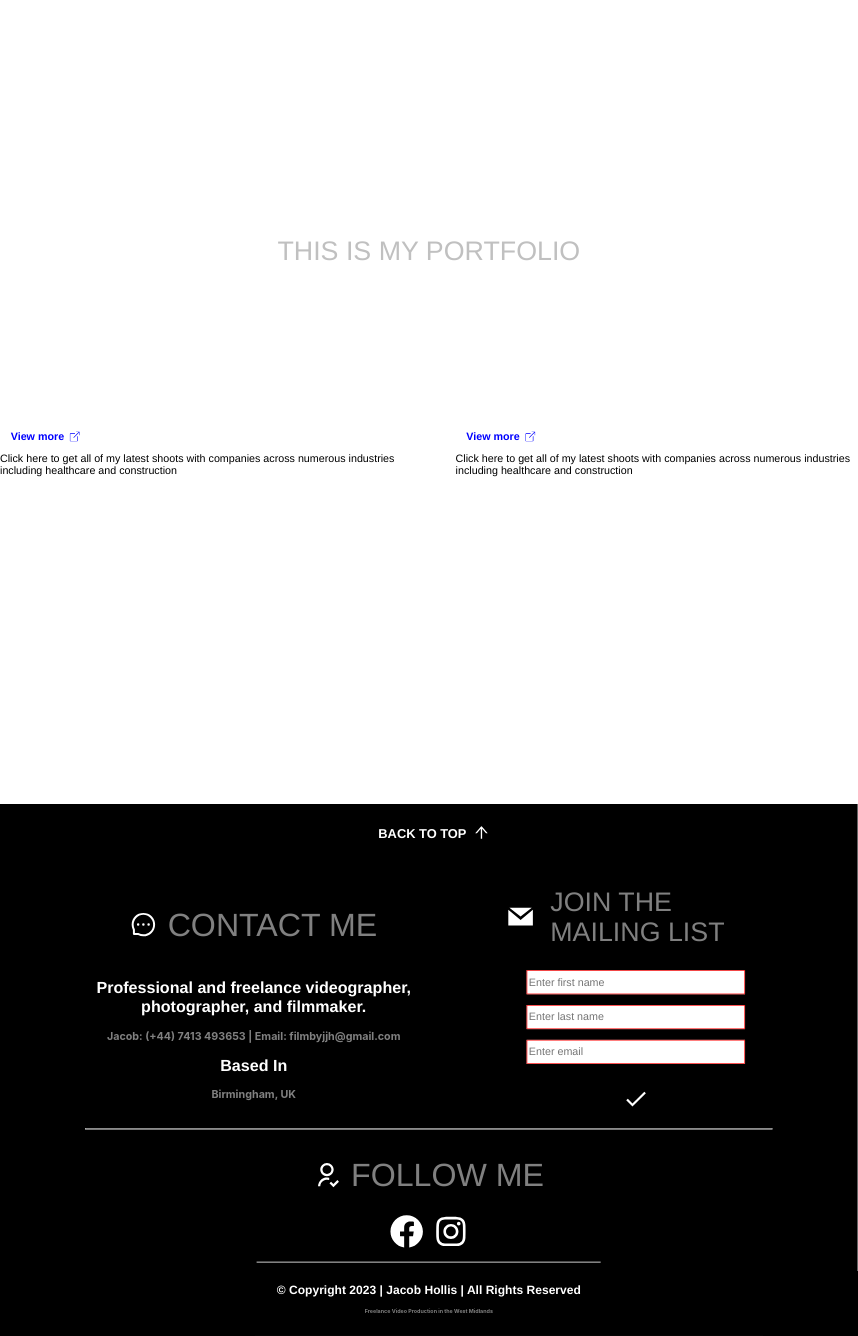
Repository: ThomasMTurner/filmbyjjh-portfolio
Page: /portfolio (app in client/)
The author's editor kept a copy of each file at every save. The page is drawn from the files as they stood at one save, then again after a run of saves.
The browser window is 1280 px wide. The pictures show the whole page, at 67% of full size.
Pictures or frames that could not be fetched are drawn as grey boxes. The project was rebuilt for these pictures with package versions that can differ from the ones it lists, and the page was loaded fresh each time. Also part of the build but not shown: client/vite.config.js, client/src/pages/Components/TagComponents.jsx, client/src/pages/Components/Post.jsx, client/src/pages/Components/SearchBar.jsx, client/src/pages/Updates.jsx, client/src/pages/Contact.jsx, client/src/pages/Components/InitialLogin.jsx, client/src/pages/Home.jsx and 2 more. Imported but missing from the stored project, and not drawn on this page: client/src/pages/Components/Videos/header.mp4, client/src/pages/Components/Videos/portfolio-reel.mp4.

Above is the page before, as saved 2023-10-20 13:15:41.

### client/public/index.html
<!DOCTYPE html>
<html lang="en">
  <head>
    <meta charset="utf-8" />
    <link rel="icon" href="%PUBLIC_URL%/favicon2.ico" />
    <meta name="viewport" content="width=device-width, initial-scale=1" />
    <meta name="theme-color" content="#000000" />
    <meta
      name="description"
      content="Web site created using create-react-app"
    />
    <link rel="apple-touch-icon" href="%PUBLIC_URL%/logo192.png" />
    <!--
      manifest.json provides metadata used when your web app is installed on a
      user's mobile device or desktop. See https://developers.google.com/web/fundamentals/web-app-manifest/
    -->
    <link rel="manifest" href="%PUBLIC_URL%/manifest.json" />
    <!--
      Notice the use of %PUBLIC_URL% in the tags above.
      It will be replaced with the URL of the `public` folder during the build.
      Only files inside the `public` folder can be referenced from the HTML.

      Unlike "/favicon.ico" or "favicon.ico", "%PUBLIC_URL%/favicon.ico" will
      work correctly both with client-side routing and a non-root public URL.
      Learn how to configure a non-root public URL by running `npm run build`.
    -->
    <title>FILM.BY.JJH</title>
  </head>
  <body>
    <noscript>You need to enable JavaScript to run this app.</noscript>
    <div id="root"></div>
    <!--
      This HTML file is a template.
      If you open it directly in the browser, you will see an empty page.

      You can add webfonts, meta tags, or analytics to this file.
      The build step will place the bundled scripts into the <body> tag.

      To begin the development, run `npm start` or `yarn start`.
      To create a production bundle, use `npm run build` or `yarn build`.
    -->
  </body>
</html>

### client/src/index.jsx
import React from 'react';
import ReactDOM from 'react-dom/client';
import './index.css';
import App from './App';
import { UserRoleProvider } from './userRoleContext';


const root = ReactDOM.createRoot(document.getElementById('root'));
root.render(
  <React.StrictMode>
    <UserRoleProvider>
      <App />
    </UserRoleProvider>
  </React.StrictMode>
);

### client/src/App.jsx
import { useLocation, useNavigate, Route, Outlet, BrowserRouter as Router, Routes} from 'react-router-dom';
import { useEffect, useState, Suspense } from 'react';
import { CSSTransition } from 'react-transition-group';
import { ColorRing } from 'react-loader-spinner';
import React from 'react';
import NavBar from "./pages/Components/Navbar"
import Footer from "./pages/Components/Footer";
import Updates from './pages/Updates';
import Contact from './pages/Contact';
import Home from './pages/Home';
import { EventHighlights, PromotionalMaterial } from './pages/Videography';
import SubNav from './pages/Components/SubNav';
import Portfolio from './pages/Portfolio';


//page to capture individual shoots or projects, want back button at top right with title

const VideoPage = () => {
  const navigate = useNavigate();
  const location = useLocation();

  useEffect(() => {
    if (location.pathname == '/video'){
      navigate('/video/event-highlights');
    }
  }, [navigate, location]);

  return (
    <div className='video-page-wrapper'>
      <div className='sideline-content'>
        <SubNav
          title="Videography Content"
          parentLink="video"
          links={{"Event highlights": "event-highlights", "Promotional material": "promotional-material", "Drone footage": "my-first-highlight-reel" }}
          subLinks={{'event highlights': {"Shoots": {"Atlas Gym": "/video/links/atlas-gym"}, "Individual projects":{}}}}
          className='subnav'
        />
        <p className='sideline-content-text'>Welcome to the videography page, you can view all of my highlighted video projects on the right by scrolling. You can also look into each project by clicking on the button inside the caption. </p>
      </div>

      <div className='page-content-wrapper'>
        <Routes>
          <Route path="/event-highlights" element={<EventHighlights />} />
          <Route path="/promotional-material" element={<PromotionalMaterial />} />
        </Routes>
      </div>
    </div>
  );
};




const PhotoPage = () => {
    const navigate = useNavigate();
    const location = useLocation();

    useEffect(() => {
      if (location.pathname == '/video'){
        navigate('/video/event-highlights');
      }
    }, [navigate, location]);

    return (
      <div className='photo-page-wrapper'>
        <SubNav
          title="Photography Content"
          parentLink="photo"
          links={{}}
        />
        <Routes>
          <Route path="/" element={<EventHighlights />} />
        </Routes>
      </div>
    );

}


const LoadingPage = () => {
  return (
    <div className='loading-page'>
      <ColorRing
        className='loading-spinner'
        visible={true}
        height="100"
        width="100"
        ariaLabel="blocks-loading"
        wrapperStyle={{}}
        wrapperClass="blocks-wrapper"
        colors={['#000000', '#808080', '#C0C0C0', '#808080', '#000000']}
    />

      <p>Loading, please wait...</p>
    </div>
  )
}


const Layout = () => {
  const [showFooter, setShowFooter] = useState(false);

  useEffect(() => {
    const handleScroll = () => {
      const content = document.getElementById('content');
      if (content) {
        const scrollOffset = content.offsetHeight - document.documentElement.clientHeight;
        setShowFooter(window.pageYOffset >= scrollOffset);

      }
    };

    window.addEventListener('scroll', handleScroll);

    return () => {
      window.removeEventListener('scroll', handleScroll);
    };
  }, []);


      return (
        <div className='layout-wrapper'>
          <CSSTransition
           in={!showFooter}
           timeout={300}
           classNames='nav-transition'
           unmountOnExit>
            <NavBar id='nav' />
          </CSSTransition>
          <div id="content">
            <Outlet/>
          </div>
          <Footer/>
        </div>
      );
    };

/*
Notes for later:


*/


export default function App() {
  return (
    <div className="App">
      <Router>
        <Suspense fallback={<LoadingPage />} timeout={200}>
          <Routes>
            <Route path="/" element={<Layout />}>
              <Route index element={<Home />} />
              <Route path="/updates" element={<Updates />} />
              <Route path="/contact" element={<Contact />} />
              <Route path="/portfolio" element={<Portfolio/>} />
                <Route path="/portfolio/video/*" element={<VideoPage />} />
                <Route path="/portfolio/photo/*" element={<PhotoPage />} />
            </Route>
          </Routes>
        </Suspense>
      </Router>
    </div>
  );
}

### client/src/userRoleContext.jsx
import {useState, createContext} from 'react';

export const UserRoleContext = createContext();

export const UserRoleProvider = ({children}) => {
    const [userRole, setUserRole] = useState(null);
    return (
        <UserRoleContext.Provider value ={{userRole, setUserRole}}>
            {children}
        </UserRoleContext.Provider>
    );
};

### client/src/pages/Components/Navbar.jsx
import './main_styles.css'
import JacobLogo from './Images/jacob-logo.jpg';
import { useState, useEffect } from 'react';
import { NavLink } from 'react-router-dom';
import { motion } from 'framer-motion';
import Hamburger from 'hamburger-react';
import { CSSTransition } from 'react-transition-group';
import classNames from 'classnames';
import {BiSolidRightArrow} from 'react-icons/bi';



function DropDownMenu(props) {
  const isMobileNav = props.isMobileNav;

  const mobileContainer = {
    hidden: {
      opacity:0,
      y: -10
    },
    show: {
      opacity: 1,
      transition: {
        staggerChildren: 0.2,
        duration: 0.5
      },
      y:0
    }
  }

  const mobileItem = {
    hidden: {
      opacity: 0,
      y: -10
    },
    show: {
      opacity: 1,
      y: 0

    }
  }

  if (isMobileNav){
  return (
  <motion.div
    variants = {mobileContainer}
    initial = "hidden"
    animate = "show"
            >

        <ul className='test-sub-menu' onMouseLeave={() => (!isMobileNav) && props.setVideoSubMenu(false)}>
          {Object.entries(props.links).map(([key, value], index) => (
            <motion.div
                        whileHover={{x:5}}
                        transition={{type:"string", duration:0.2, stiffness:300, damping:50}}
                        initial= "hidden"
                        animate= "show"
                        variants={mobileItem}
                        >
              <li>

                <NavLink
                  exact
                  to={value}
                  className={({ isActive }) => (isActive ? 'active-sub-nav-item' : 'sub-nav-item')}
                  key={index}
                >
                  {key}
                </NavLink>
              </li>
            </motion.div>
          ))}
        </ul>
    </motion.div>

  );
   }
  else {
    return (
      <motion.div initial={{x:200, y:-65, opacity:0}}
                  animate ={{y:-55, opacity:1}}
                  transition={{type:"string", duration:0.2, stiffness:300, damping:50}}>
        <ul className='test-sub-menu' onMouseLeave={() => (!isMobileNav) && props.setVideoSubMenu(false)}>
          {Object.entries(props.links).map(([key, value], index) => (
            <motion.div transition={{type:"string", duration:0.2, stiffness:300, damping:50}}>
              <li>
                <NavLink
                  exact
                  to={value}
                  className={({ isActive }) => (isActive ? 'active-sub-nav-item' : 'sub-nav-item')}
                  key={index}
                >
                  {key}
                </NavLink>
              </li>
            </motion.div>
          ))}
        </ul>
      </motion.div>
    )
  }
}





export default function NavBar() {
    const [isToggled, setToggled] = useState(false);
    const [isMobileNav, setMobileNav] = useState(false);
    const [VideoSubMenu, setVideoSubMenu] = useState(false);
    const [dimensions, setDimensions] = useState({width:null, height:null})
    const [dropDownOpener, setDropDownOpener] = useState('+');


    const handleToggle = () => {
      setToggled(!isToggled);
    }


    function useDimensions() {
      useEffect(() => {
        const handleDimensions = () => {
          setDimensions({ width: window.innerWidth, height: window.innerHeight });
        };
        window.addEventListener("resize", handleDimensions);
        handleDimensions();
        return () => window.removeEventListener("resize", handleDimensions);
      }, []);
    }

    function useResize() {
      useEffect(() => {
        const handleResize = () => {
          const width = window.innerWidth;
          setMobileNav(width <= 768);
          setToggled(!isMobileNav)
        };

        window.addEventListener("resize", handleResize);
        handleResize();
        return () => window.removeEventListener("resize", handleResize);
      }, []);
    }




    const logoClasses = classNames({
      'main-logo-wrapper': true,
      'logo-reposition': isMobileNav
    })


    const handleMobileDropDownClick = () => {
      setVideoSubMenu(!VideoSubMenu);
      if (dropDownOpener == '+'){
        setDropDownOpener('-');
      }
      else{
        setDropDownOpener('+');
      }
    }



    useDimensions()
    useResize()



    return (

    <div className="app-wrapper">
      <nav className='Navigation'>
        <div className={logoClasses}>
          <img src={JacobLogo} className="main-logo" alt="Jacob's Logo"/>
        </div>
        <button onClick={() => handleToggle()} className="hamburger-menu-icon">
          <Hamburger toggled={isToggled} toggle={setToggled} size={30} color={"white"} />
        </button>
          {isToggled &&

              <ul className="nav-wrapper">
                <li>
                  <NavLink exact to="/" className={({ isActive }) => (isActive ? 'active-nav-item' : 'nav-item')}>Home</NavLink>
                </li>
                <li>
                  <NavLink exact to="/updates" className={({ isActive }) => (isActive ? 'active-nav-item' : 'nav-item')}>Updates</NavLink>
                </li>
                <li onMouseEnter={() => (!isMobileNav) && setVideoSubMenu(true)} onMouseLeave ={() => (!isMobileNav) && setVideoSubMenu(false)}>
                  <NavLink exact to="/portfolio" className={({ isActive }) => (isActive ? 'active-nav-item' : 'nav-item')}>Portfolio</NavLink>
                  {isMobileNav && <button className='drop-down-mobile-button' onClick={() => handleMobileDropDownClick()}> {dropDownOpener} </button>}
                  {VideoSubMenu && (
                    <DropDownMenu
                      VideoSubMenu={VideoSubMenu}
                      setVideoSubMenu={setVideoSubMenu}
                      isMobileNav={isMobileNav}
                      links={{ 'Home': '/portfolio', 'Videography': '/portfolio/video', 'Photography': '/portfolio/photo' }}
                    />

  )}
                </li>
                <li>
                  <NavLink exact to="/contact" className={({ isActive }) => (isActive ? 'active-nav-item' : 'nav-item')}>Contact</NavLink>
                </li>
              </ul>


          }

      </nav>
    </div>

    );

  }

### client/src/pages/Portfolio.jsx
import { useNavigate } from 'react-router-dom';
import { useState } from 'react';
import {BsBoxArrowUpRight, BsArrowRight} from 'react-icons/bs';

const PortfolioCard = (props) => {
    const navigate = useNavigate();
    const [hovering, setHovering] = useState(false);
    console.log(props.title.toLowerCase().slice(0, 5))
    return (
        <div onhclassName={`portfolio-card portfolio-card-${props.title.toLowerCase()}`}>
            <p style={{fontFamily:'helvetica', fontWeight:'bold', fontSize:'2.5rem', color:'white'}}>{props.title}</p>
            <button className='portfolio-card-button' type="button" onClick={() => navigate(`/portfolio/${props.title.toLowerCase().slice(0, 5)}`)}>View more <BsBoxArrowUpRight color={'blue'} size={15} /></button>
            <p style={{fontFamily:'helvetica', fontWeight:'200', fontSize:'1rem'}}>{props.desc}</p>
        </div>
    )
}
export default function Portfolio() {
    return(
        <div style={{display:'flex', flexDirection:'column', justifyContent:'center', alignItems:'center', width:'100%', gap:'5rem', minHeight:'75rem', position:'relative', bottom:'5rem'}}>
            <p style={{fontFamily:'helvetica', fontWeight:'200', fontSize:'2.5rem', color:'silver'}}>THIS IS MY PORTFOLIO</p>
            <div style={{display:'flex', flexDirection:'row', justifyContent:'center', alignItems:'center', width:'100%', gap:'5rem'}}>
                <PortfolioCard title="Photography" desc="Click here to get all of my latest shoots with companies across numerous industries including healthcare and construction" />
                <PortfolioCard title="Videography" desc="Click here to get all of my latest shoots with companies across numerous industries including healthcare and construction" />
            </div>
        </div>
    )
}

### client/src/pages/Components/ScrollButton.jsx
import './main_styles.css';
import { useState } from 'react';
import {AiOutlineArrowUp} from 'react-icons/ai';

export default function ScrollButton () {
    const [iconActive, setIconActive] = useState(false);
    const handlePress = () => {
        window.scrollTo({top:0, left:0, behavior:"smooth"});
    }

    const handleIconState = () => {
        setIconActive(!iconActive);
    }

    const handleIconColour = () => {
        if (iconActive) {
            return 'gray';
        }
        else {
            return 'white';
        }
    }


    return (
        <div className='scroll-button-wrapper' onMouseEnter={handleIconState} onMouseLeave={handleIconState}>
            <button onClick={handlePress} className='scroll-button'>BACK TO TOP
            <AiOutlineArrowUp width='200' height='200' color={handleIconColour()} className='scroll-icon'/>
            </button>

        </div>
    );
}

Loaded but not shown: client/src/index.css (common file); client/src/pages/Components/main_styles.css (2557 lines, source omitted); client/src/pages/Components/Footer.jsx (238 lines, source omitted)

After the next 3 saves:
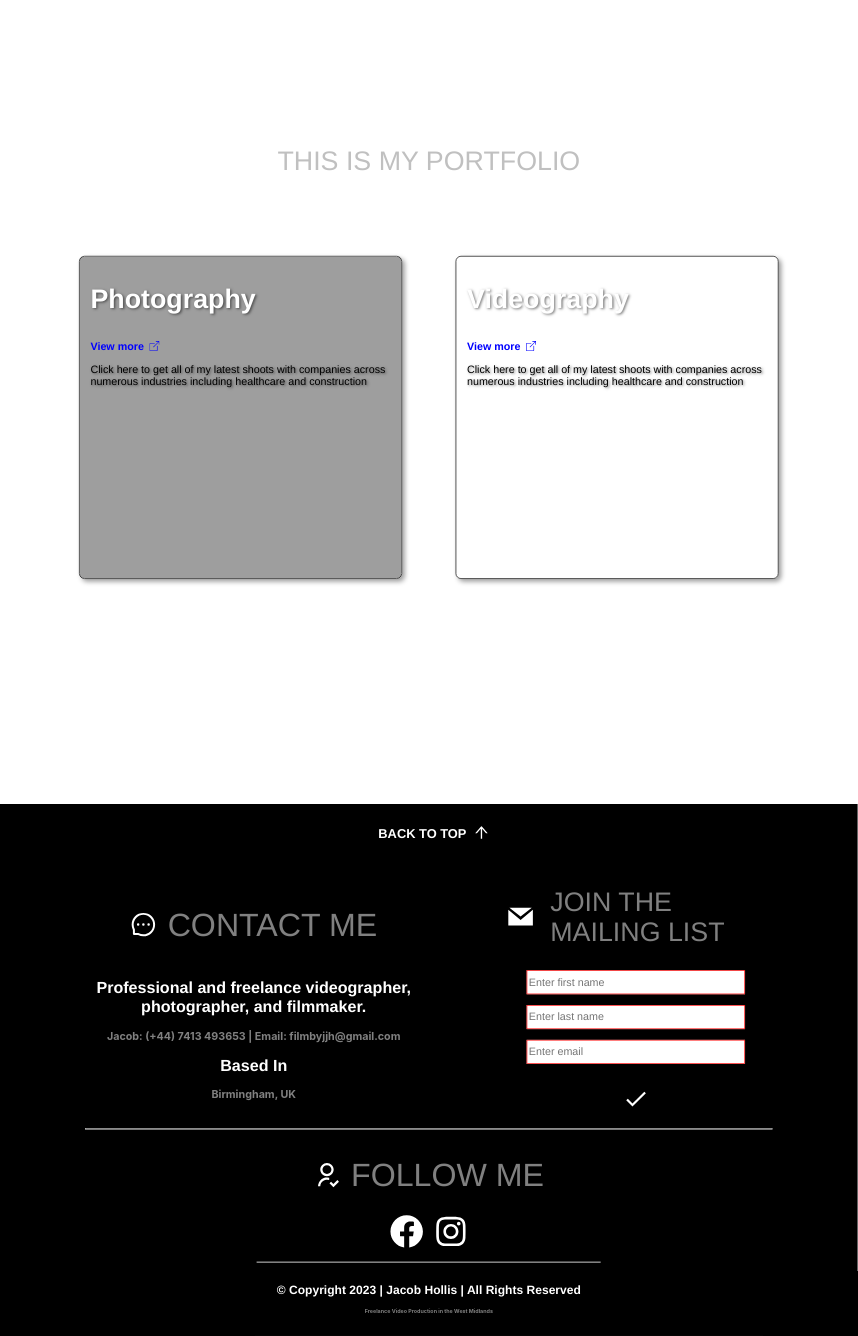
The 3 saves are shown as one change because they came seconds apart.
The last was saved 11 s later.
--- a/client/src/pages/Portfolio.jsx
+++ b/client/src/pages/Portfolio.jsx
@@ -7,7 +7,7 @@ const PortfolioCard = (props) => {
     const [hovering, setHovering] = useState(false);
     console.log(props.title.toLowerCase().slice(0, 5))
     return (
-        <div onhclassName={`portfolio-card portfolio-card-${props.title.toLowerCase()}`}>
+        <div onHover={() => setHovering} className={`portfolio-card portfolio-card-${props.title.toLowerCase()}`}>
             <p style={{fontFamily:'helvetica', fontWeight:'bold', fontSize:'2.5rem', color:'white'}}>{props.title}</p>
             <button className='portfolio-card-button' type="button" onClick={() => navigate(`/portfolio/${props.title.toLowerCase().slice(0, 5)}`)}>View more <BsBoxArrowUpRight color={'blue'} size={15} /></button>
             <p style={{fontFamily:'helvetica', fontWeight:'200', fontSize:'1rem'}}>{props.desc}</p>
